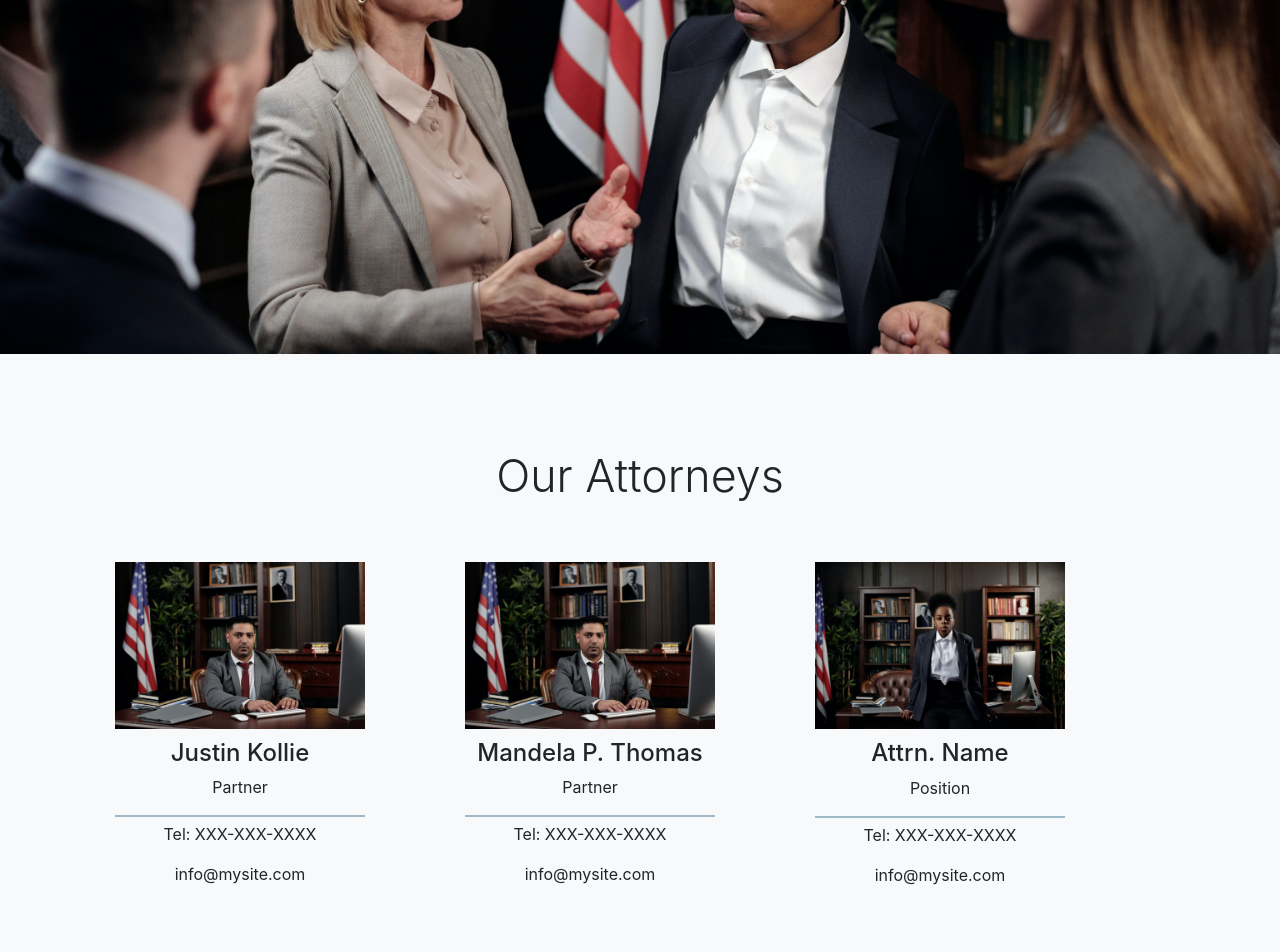
Repository: just-mann/kolllie-kolliellp
Page: index.html
An editor plug-in stored every save of this project. The page is shown before and after a run of saves, followed by the edit.
The browser window is 1280 px wide. The pictures show the part of the page from y = 2218 to 3170 px (the page is 4556 px tall).
Backgrounds fixed to the window are drawn as part of the page.

Above is the page before, as saved 2021-06-02 05:36:21.

After the next 6 saves:
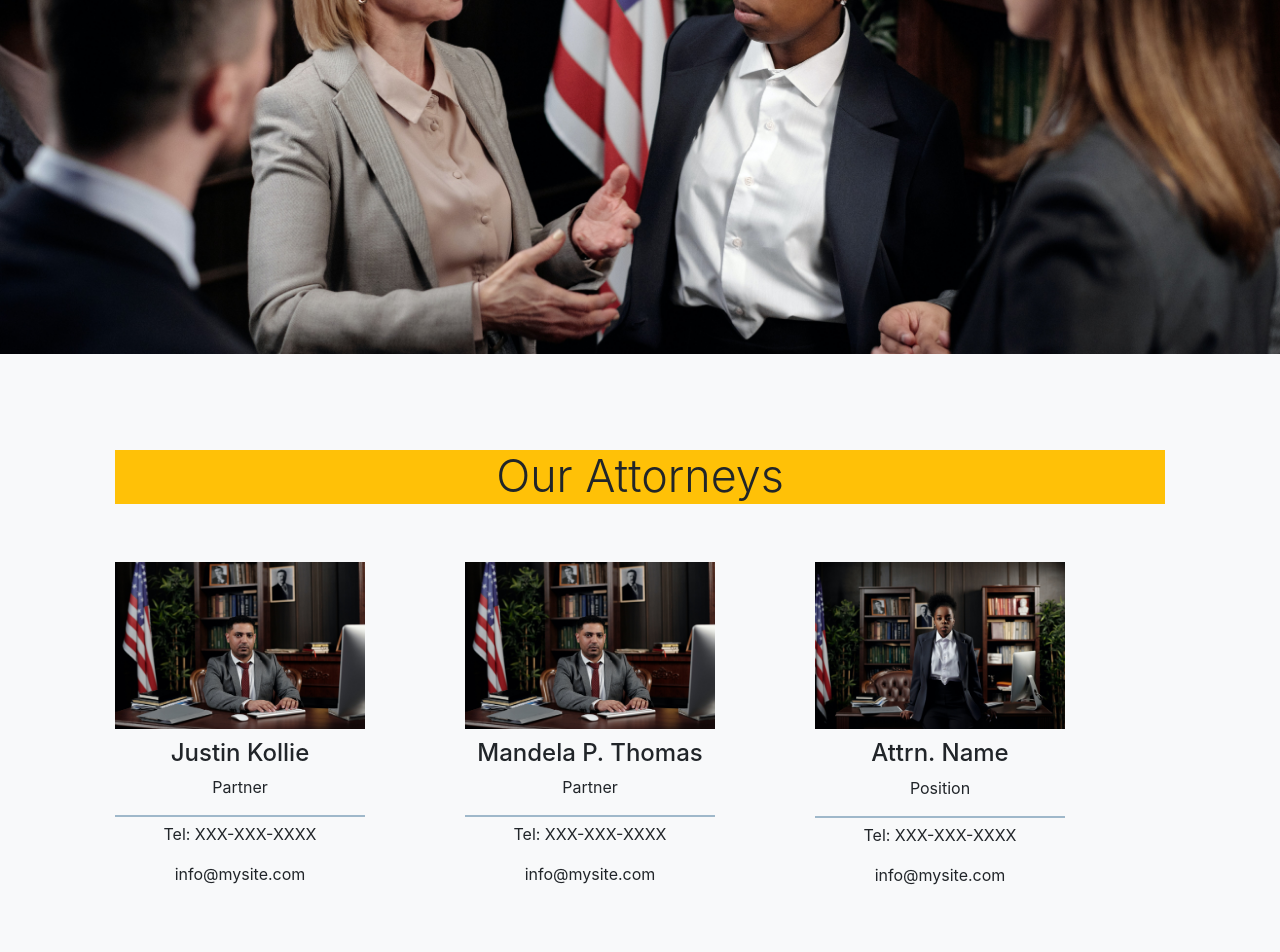
The 6 saves are shown as one change because they came seconds apart.
The last was saved 28 s later.
--- a/index.html
+++ b/index.html
@@ -83,7 +83,7 @@
     </div>
     <section class="ourAttorneys py-5 bg-light" id="ourAttorneys">
         <div class="myContainer py-5">
-            <h3 class="text-center mb-5">Our Attorneys</h3>
+            <h3 class="text-center mb-5 bg-warning">Our Attorneys</h3>
             <div class="attorneysDiv mx-auto">
                 <div class="attCard">
                     <img src="./assets/images/attrny1.jpg" alt="att1">
